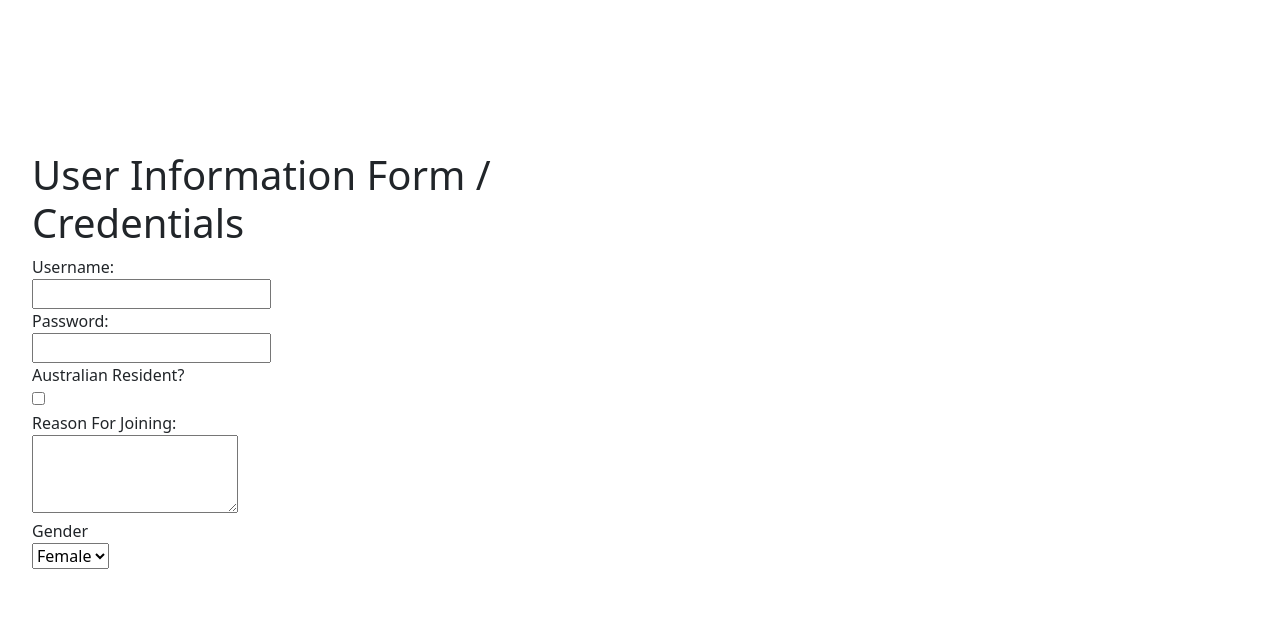
Repository: Andrew-JX/mji-library
Page: /
These files come from the project's save history. The page is drawn as it stood at one moment and after the next save; the edit follows.
The browser window is 1280 px wide. The pictures show the whole page.
The project was rebuilt for these pictures with package versions that can differ from the ones it lists, and the page was loaded fresh each time. Also part of the build but not shown: vite.config.js, src/components/JSON.vue.

Above is the page before, as saved 2025-08-12 00:00:17.

After the next save:
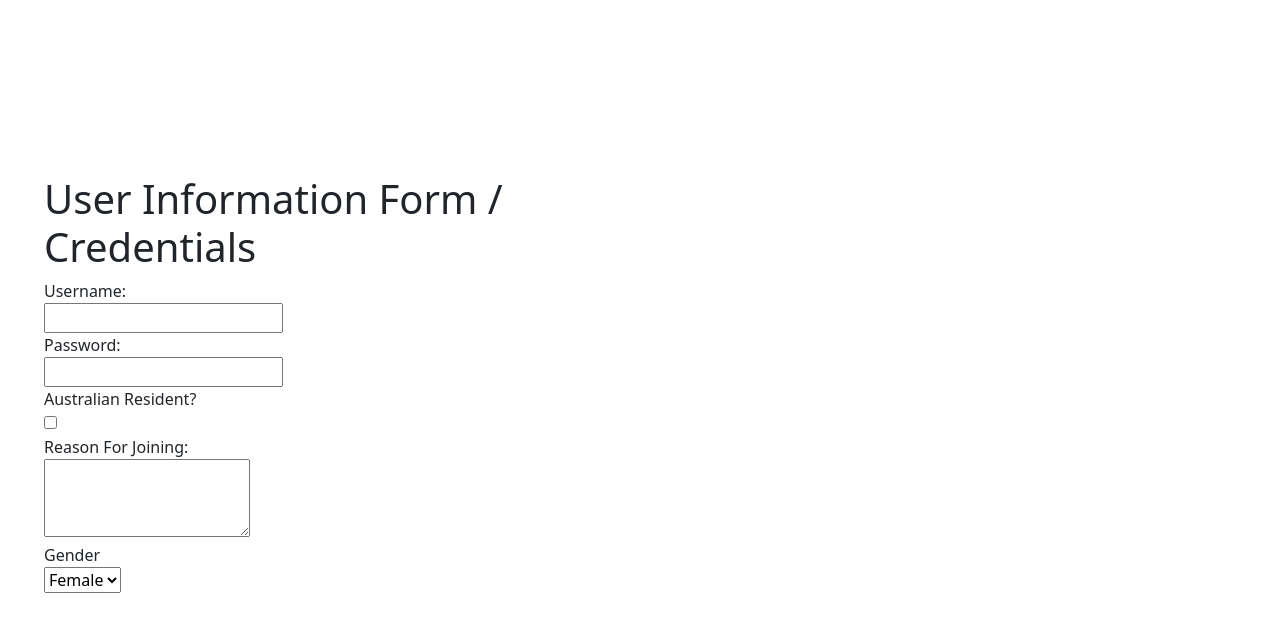
Saved 2 min 11 s later.
--- a/src/components/Form.vue
+++ b/src/components/Form.vue
@@ -1,5 +1,5 @@
 <template>
-  <div class="form">
+  <div class="container mt-5">
     <h1>User Information Form / Credentials</h1>
     <form>
       <label for="username">Username:</label><br>
